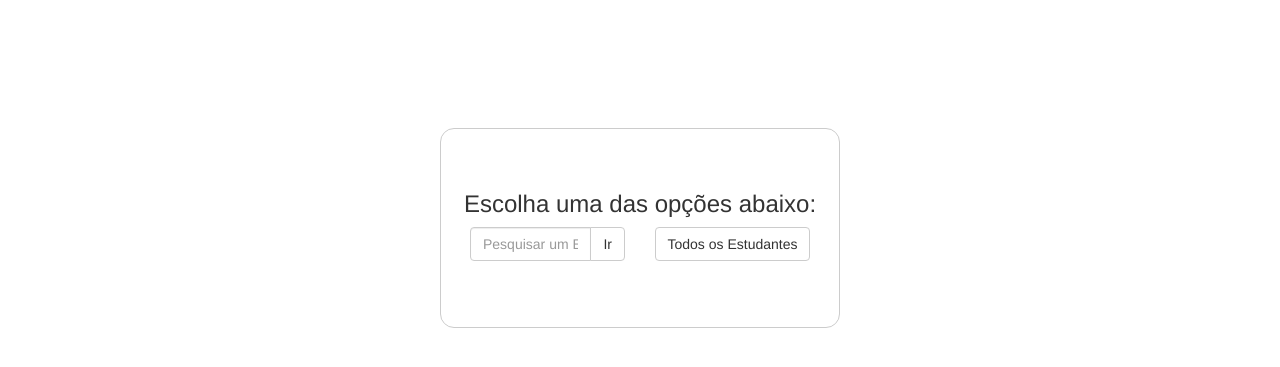
Repository: ipti/br.tag.webservice
Page: http://localhost/Restful-API-TAG/students.jsp
The author's editor kept a copy of each file at every save. The page is drawn from the files as they stood at one save, then again after the next save.
The browser window is 1280 px wide. The pictures show the whole page.
The page is served by Tomcat 9. Other server files are loaded and not shown.

Above is the page before, as saved 2016-04-27 13:34:37.

### Restful-API-TAG/WebContent/students.jsp
<%@ page language="java" contentType="text/html; charset=ISO-8859-1"
	pageEncoding="ISO-8859-1"%>
<!DOCTYPE html PUBLIC "-//W3C//DTD HTML 4.01 Transitional//EN" "http://www.w3.org/TR/html4/loose.dtd">
<html>
<head>
<link rel="stylesheet" href="css/styles.css">
<link href="css/bootstrap.min.css" rel="stylesheet">
<meta http-equiv="Content-Type" content="text/html; charset=ISO-8859-1">
<title>API TAG - Estudantes</title>
</head>
<body>
	<div id="mainDiv">
		<h3 id="titleH3">Escolha uma das opções abaixo:</h3>

		<div class="btn-group-md text-center" role="group" aria-label="...">
			<a type="submit" class="btn btn-default"
				href="${pageContext.request.contextPath}/api/TagService/getStudents">Todos
				os Estudantes</a>

			<div class="col-lg-6">
				<div class="input-group">
					<input type="text" class="form-control"
						placeholder="Pesquisar um Estudante..."> <span
						class="input-group-btn">
						<button class="btn btn-default" type="button">Ir</button>
					</span>
				</div>
				<!-- /input-group -->
			</div>
		</div>
</body>
</html>

### Restful-API-TAG/WebContent/css/styles.css
@CHARSET "ISO-8859-1";

#mainDiv {
    /* Just to center the form on the page */
    margin: 10% auto;
    width: 400px;
    height: 200px;
    /* To see the outline of the form */
    padding: 1em;
    border: 1px solid #CCC;
    border-radius: 1em;
}

#titleH3 {
	text-align: center;
	margin-top: 13%;
}

Loaded but not shown: Restful-API-TAG/WebContent/css/bootstrap.min.css (library)

After the next save:
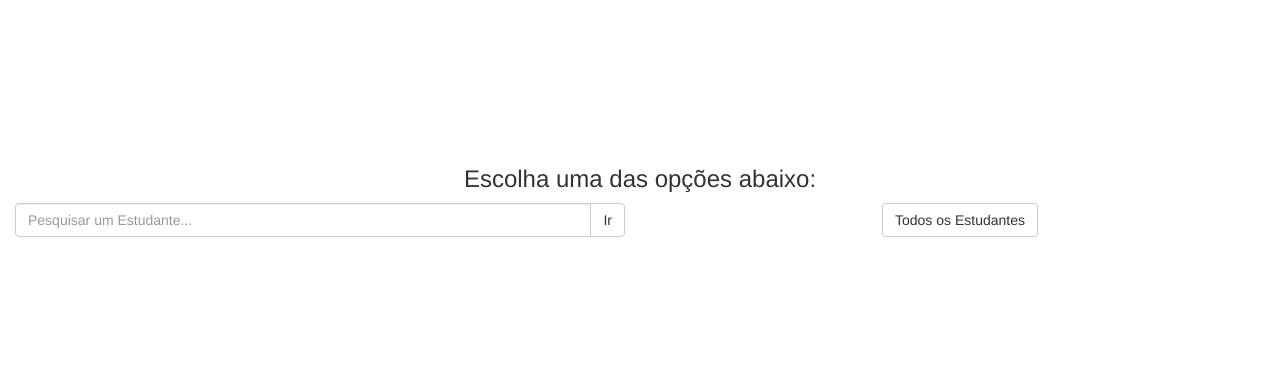
Saved 22 s later.
--- a/Restful-API-TAG/WebContent/students.jsp
+++ b/Restful-API-TAG/WebContent/students.jsp
@@ -9,7 +9,7 @@
 <title>API TAG - Estudantes</title>
 </head>
 <body>
-	<div id="mainDiv">
+	<div id="studentsDiv">
 		<h3 id="titleH3">Escolha uma das opções abaixo:</h3>
 
 		<div class="btn-group-md text-center" role="group" aria-label="...">

After the save that followed:
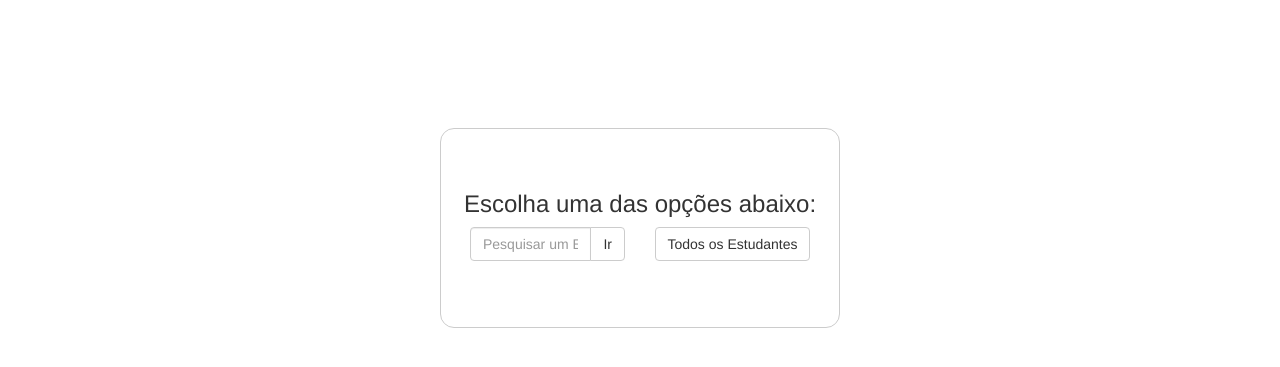
Saved 14 s later.
--- a/Restful-API-TAG/WebContent/css/styles.css
+++ b/Restful-API-TAG/WebContent/css/styles.css
@@ -1,6 +1,17 @@
 @CHARSET "ISO-8859-1";
 
 #mainDiv {
+    /* Just to center the form on the page */
+    margin: 10% auto;
+    width: 400px;
+    height: 200px;
+    /* To see the outline of the form */
+    padding: 1em;
+    border: 1px solid #CCC;
+    border-radius: 1em;
+}
+
+#studentsDiv {
     /* Just to center the form on the page */
     margin: 10% auto;
     width: 400px;
